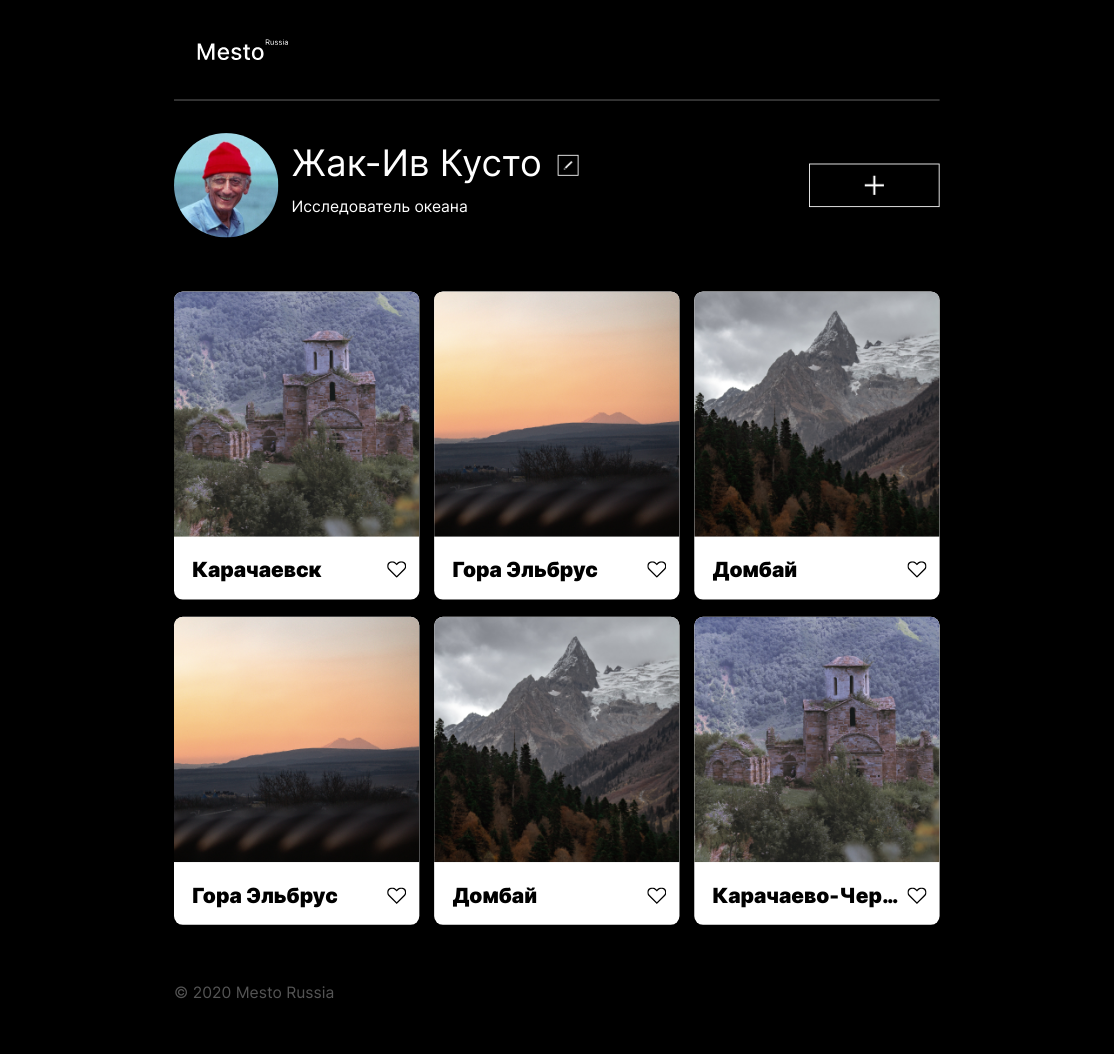
Repository: dyond/mesto
Page: index.html
An editor plug-in stored every save of this project. The page is shown before and after a run of saves, followed by the edit.
The browser window is 1280 px wide. The pictures show the whole page, at 87% of full size.

Above is the page before, as saved 2022-12-04 21:43:43.

After the next 2 saves:
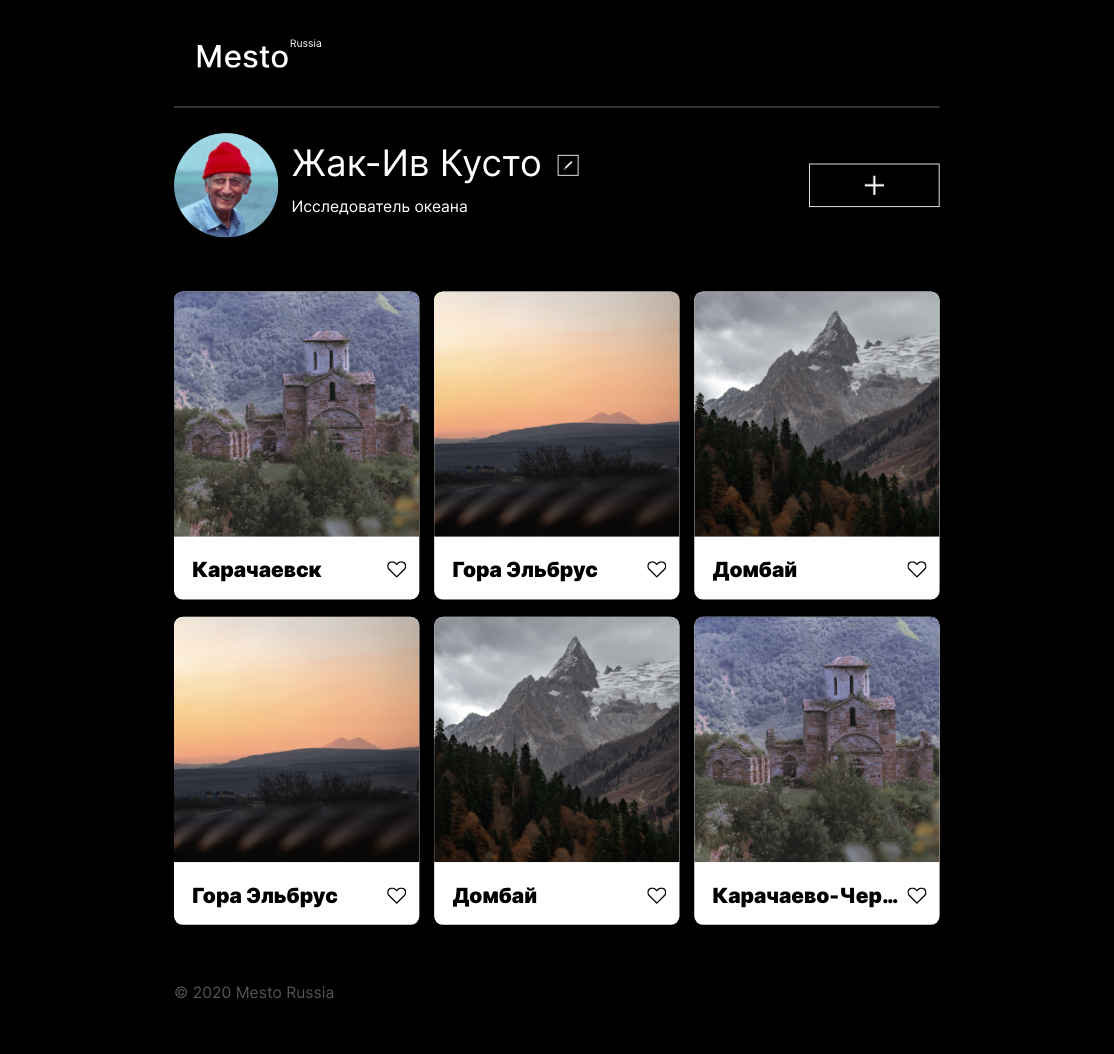
The 2 saves are shown as one change because they came seconds apart.
The last was saved 13 s later.
--- a/blocks/header/__logo/header__logo.css
+++ b/blocks/header/__logo/header__logo.css
@@ -6,7 +6,7 @@
 
 @media screen and (min-width: 880px) {
   .header__logo {
-
+    width: 142px;
     margin-bottom: 41px;
   }
 }
